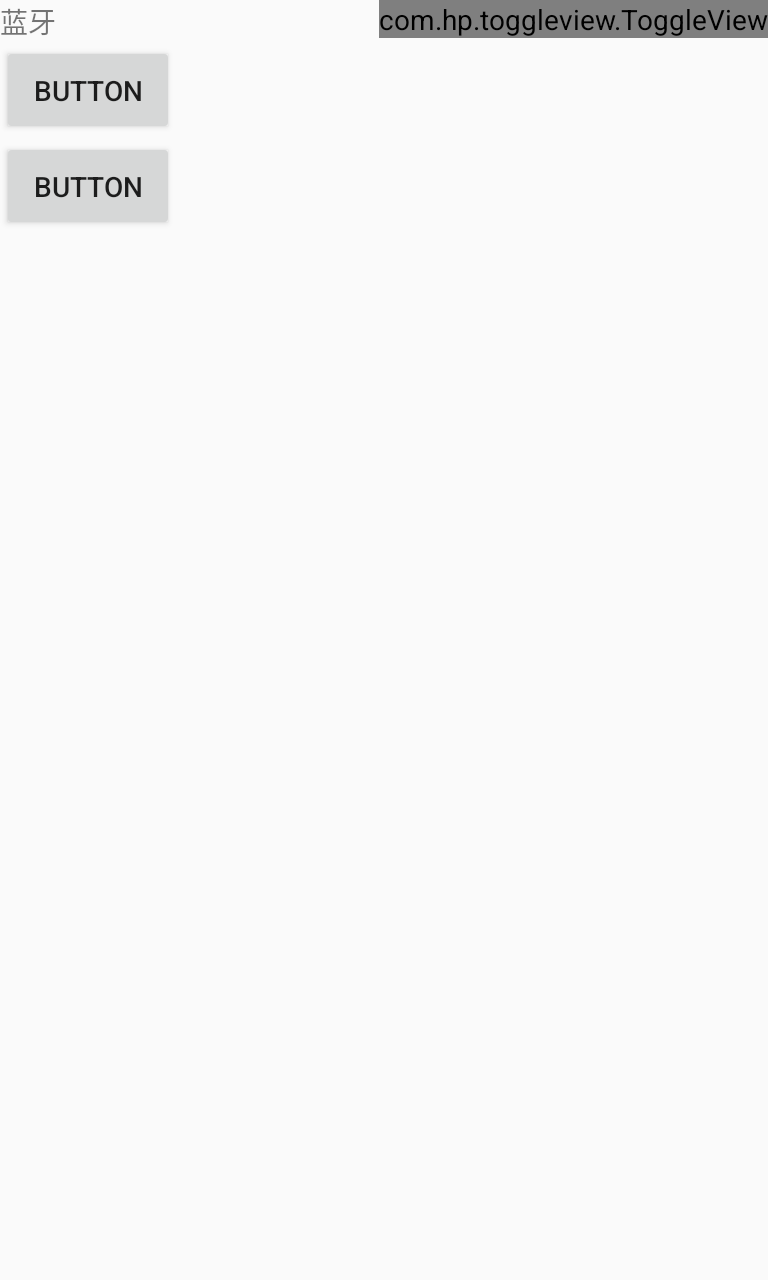
Repository: mimimy/MassagePro
Layout: BLE-Version/MassageTool/res/layout/activity_blooth.xml
The author's editor kept a copy of each file at every save. The layout is drawn from the files as they stood at one save, then again after the next save.
Pictures or frames that could not be fetched are drawn as grey boxes. It is drawn on a 768 x 1280 px phone screen (xhdpi) without system bars, with theme AppTheme; the app's code is not run.

Above is the layout before, as saved 2018-07-26 15:18:45.

After the next save:
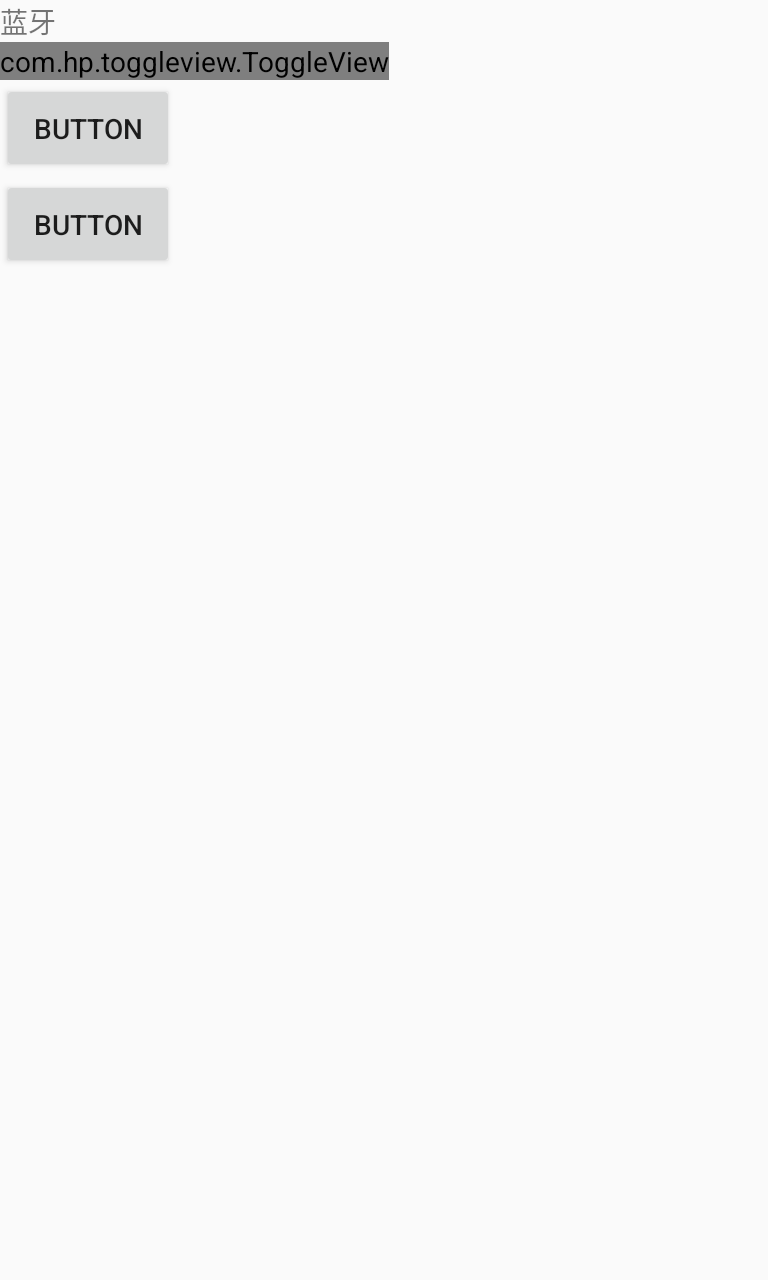
Saved 51 s later.
--- a/BLE-Version/MassageTool/res/layout/activity_blooth.xml
+++ b/BLE-Version/MassageTool/res/layout/activity_blooth.xml
@@ -14,6 +14,7 @@
 	        android:layout_height="wrap_content"
 	        android:layout_weight="1"
 	        android:text="蓝牙"/>
+	    	</LinearLayout>
 	    <com.hp.toggleview.ToggleView
 		    android:id="@+id/toggleView"
 	        android:layout_width="wrap_content"
@@ -23,7 +24,7 @@
         	togview:switch_state="false"
 	        android:layout_centerInParent="true" >
 		</com.hp.toggleview.ToggleView>
-	</LinearLayout>
+
 	<LinearLayout
 	    android:layout_width="match_parent"
 	    android:layout_height="wrap_content"

After the 2 saves that followed:
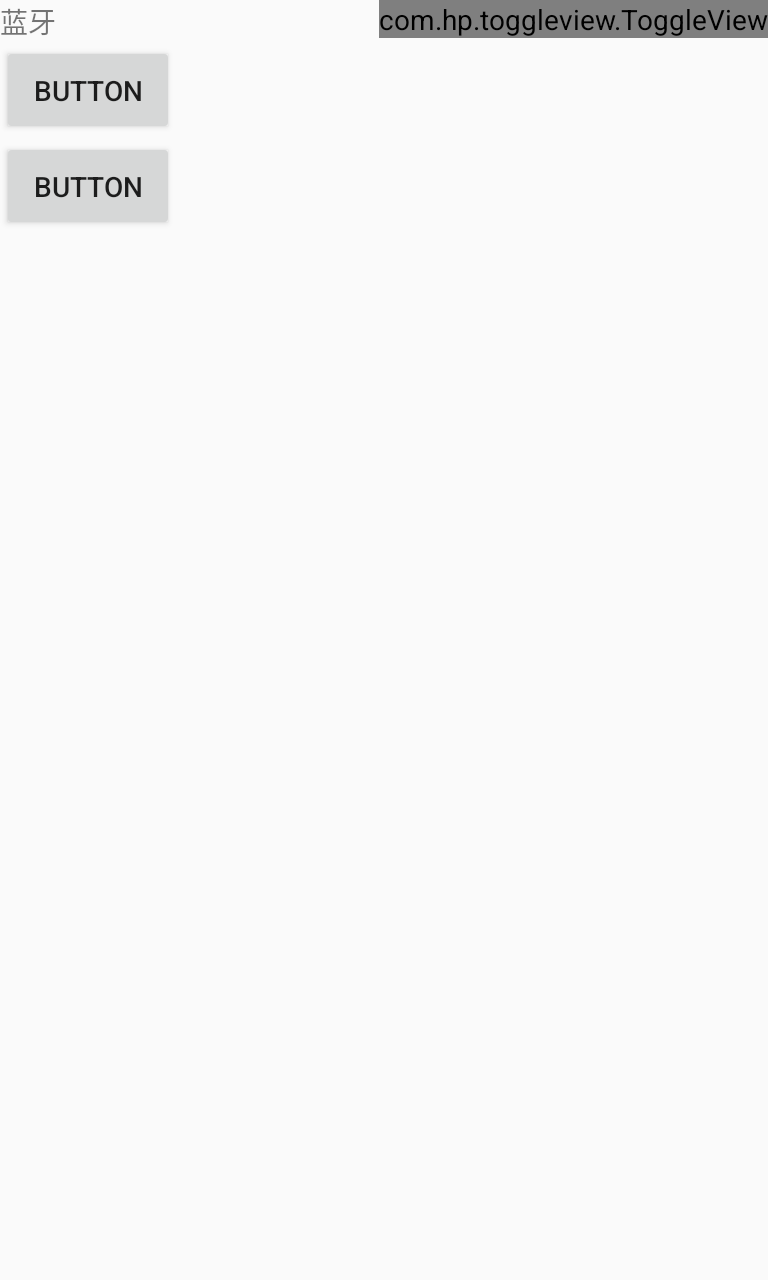
The 2 saves are shown as one change because 1 left the picture as it was.
The last was saved 33 s later.
--- a/BLE-Version/MassageTool/res/layout/activity_blooth.xml
+++ b/BLE-Version/MassageTool/res/layout/activity_blooth.xml
@@ -14,17 +14,17 @@
 	        android:layout_height="wrap_content"
 	        android:layout_weight="1"
 	        android:text="蓝牙"/>
-	    	</LinearLayout>
+
 	    <com.hp.toggleview.ToggleView
 		    android:id="@+id/toggleView"
 	        android:layout_width="wrap_content"
 	        android:layout_height="wrap_content"
-        	togview:switch_background="@drawable/switch_background"
+        	togview:switch_background="@drawable/switchbg"
         	togview:slide_button="@drawable/slide_button"
         	togview:switch_state="false"
 	        android:layout_centerInParent="true" >
 		</com.hp.toggleview.ToggleView>
-
+	   </LinearLayout>
 	<LinearLayout
 	    android:layout_width="match_parent"
 	    android:layout_height="wrap_content"
